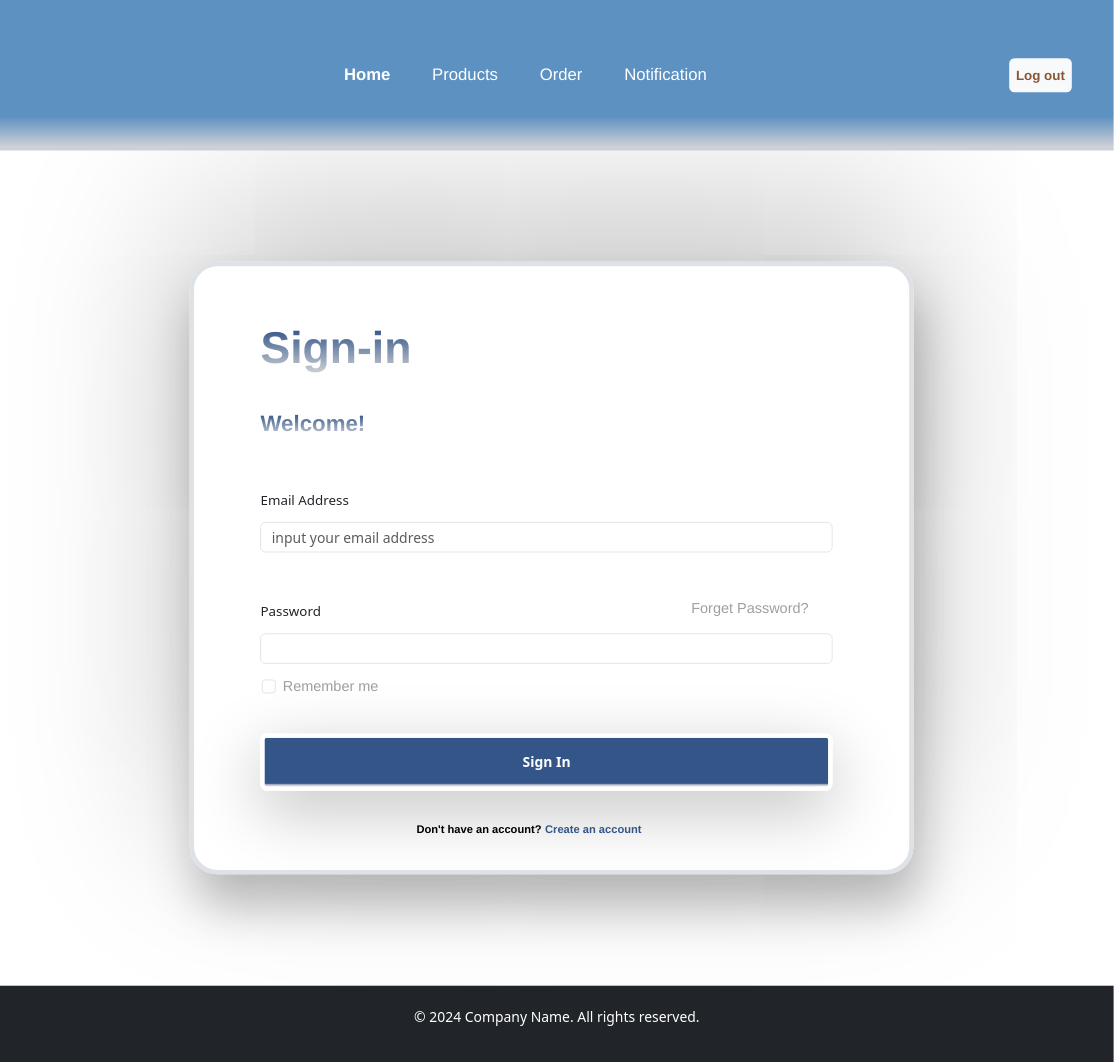
Repository: OVictor21/inventory
Page: /
These files come from the project's save history. The page is drawn as it stood at one moment and after the next save; the edit follows.
The browser window is 1280 px wide. The pictures show the whole page, at 87% of full size.
The project was rebuilt for these pictures with package versions that can differ from the ones it lists, and the page was loaded fresh each time.

Above is the page before, as saved 2024-12-14 09:57:31.

### src/index.css

nav {
  background-color: transparent;
  background: linear-gradient(180deg, rgb(93, 145, 194) 77.5%, rgb(206, 208, 214) 97.5%);

}

.navbar-brand img {
  max-width: 10vw;
  min-width: 5vw;
}

.nav-link.nav-text-current {
  font-family: "Montserrat", Helvetica;
  font-weight: 700;
  color: #ffffff;
  font-size: 1.5vw;
}

.nav-link.nav-text {
  font-family: "Montserrat", Helvetica;
  font-weight: 400;
  color: #ffffff;
  font-size: 1.5vw;
}

.nav-link.nav-text-2 {
  font-family: "Montserrat", Helvetica;
  font-weight: 600;
  color: rgb(136, 86, 51);
  font-size: 1.2vw;
}

.background {
  background-color: #000021;
}

/* .background-image {
  background-image: url('/public/back.png');
  background-size: cover;
  background-repeat: no-repeat;
  background-position: center;
  min-height: 100vh;
  color: white;
} */

.sign-in{
  width: 65vw;
  height: 55vw;
  box-shadow: 7px 37px 55px #00000040, 0px -54px 200px #00000040;
  left: 17vw;
  top: 10vw;
  overflow: hidden;
}


.text{
  top: 5vw;
  left: 6vw;
  background: linear-gradient(180deg, rgb(51, 85, 136) 13.5%, rgb(206, 208, 214) 100%);
  -webkit-background-clip: text !important;
  background-clip: text;
  -webkit-text-fill-color: transparent;
  text-fill-color: transparent;
  font-family: "Montserrat-Bold", Helvetica;
  font-weight: 700;
  color: transparent;
  font-size: 4vw;
  letter-spacing: 0;
  line-height: normal;
}



.text-wrapper-8 {
  background: linear-gradient(180deg, rgb(51, 85, 136) 13.5%, rgb(206, 208, 214) 100%);
  -webkit-background-clip: text !important;
  background-clip: text;
  -webkit-text-fill-color: transparent;
  text-fill-color: transparent;
  font-family: "Montserrat-Bold", Helvetica;
  font-weight: 600;
  color: transparent;
  font-size: 2vw;
  letter-spacing: 0;
  line-height: normal;
  top: 13vw;
  left: 6vw;
}

.email-text{
  font-size: 1.2vw;
}

.email{
  top: 20vw;
  left: 6vw;
}

.email-in{
  top: 23vw;
  left: 6vw;
  width: 80%;
  max-width: 80%;
  height: 5%;
}

.pass{
  top: 30vw;
  left: 6vw;
}

.pass-in{
  top: 33vw;
  left: 6vw;
  width: 80%;
  max-width: 80%;
  height: 5%;

}

.text-wrapper-7{
  font-family: "Montserrat-Regular", Helvetica;
  font-weight: 400;
  color: #00000061;
  font-size: 1.3vw;
  letter-spacing: 0;
  line-height: normal;
  top: 30vw;
  text-decoration: none;
  right: 9vw;
}

.form-check-label{
  font-family: "Montserrat-Regular", Helvetica;
  font-weight: 400;
  color: #00000061;
  font-size: 1.3vw;
  letter-spacing: 0;
  line-height: normal;
  top: 37vw;
  left: 8vw;
}

.form-check-input{
  top: 36.8vw;
  left: 8vw;

}

.sign-btn{
  background: linear-gradient(180deg, rgb(51, 85, 136) 93.5%, rgb(206, 208, 214) 97%);
  font-family: "Montserrat-Bold", Helvetica;
  font-weight: 700;
  font-size: 4vw;
  letter-spacing: 0;
  line-height: normal;
  width: 80%;
  top: 42vw;
  left: 6vw;
  box-shadow: 0px 22px 75px #00000040;
}

.acct{
  font-family: "Montserrat-Regular", Helvetica;
  font-weight: 700;
  color: #000000;
  font-size: 1vw;
  letter-spacing: 0;
  line-height: normal;
  top: 50vw;
  left: 20vw;
}

.acct-1{
  font-family: "Montserrat-Bold", Helvetica;
  font-weight: 700;
  color: rgb(51, 85, 136);
  font-size: 1vw;
  text-decoration: none;
  letter-spacing: 0;
  line-height: normal;
  top: 50vw;
  right: 24vw;
}



.pass-text{
font-size: 1.2vw;
}

.footer-body{
  background-color: rgb(51, 85, 136);

  top: 20vw;


}

.copyright-text {
  top: 50vw;
  right: 24vw;
  font-family: "Montserrat", Helvetica;
  font-weight: 400;
  color: rgb(136, 86, 51);
  font-size: 2vw;
}

### src/App.js
import Navbar from './navbar';
import 'bootstrap/dist/css/bootstrap.min.css';
import Body from './body';


function App() {
  return (
    <div className="App">
      <Navbar />
      <Body />
    </div>
  );
}

export default App;

### src/navbar.js

const Navbar = () => {
    return (
        <nav className="navbar navbar-expand-md justify-content-center p-5 z-1">
        <button className="navbar-toggler ms-auto" type="button" data-bs-toggle="collapse" data-bs-target="#collapseNavbar">
            <span className="navbar-toggler-icon"></span>
        </button>

        <div className="navbar-collapse collapse" id="collapseNavbar">
            <ul className="navbar-nav justify-content-center w-100 ">
            <li className="nav-item m-3">
                <a className="nav-link nav-text-current" href="/home">Home</a>
            </li>
            <li className="nav-item m-3">
                <a className="nav-link nav-text" href="/products">Products</a>
            </li>
            <li className="nav-item m-3">
                <a className="nav-link nav-text" href="/order">Order</a>
            </li>
            <li className="nav-item m-3">
                <a className="nav-link nav-text" href="/notifications">Notification</a>
            </li>
            </ul>

            <ul className="navbar-nav ms-auto justify-content-end">
            <li className="nav-item bg-light rounded">
                <button className="nav-link nav-text-2 text-nowrap btn btn-link">Log out</button>

            </li>
            </ul>
        </div>
        </nav>



      );
}

export default Navbar;

### src/body.js
import React from 'react';

const Body = () => {
  return (
    <div className="login">

         <form >
        <div class="sign-in position-relative border border-5 rounded-5">
        <div class="mb-3">
            <p class="text position-absolute">Sign-in</p>
            <div class="text-wrapper-8 position-absolute">Welcome!</div>

          <label for="exampleInputEmail1" class="form-label email position-absolute"><span class="email-text"> Email Address</span></label>
          <input type="email" class="form-control email-in position-absolute" id="exampleInputEmail1" aria-describedby="emailHelp" placeholder="input your email address"/>
        </div>
        <div class="mb-3">
          <label for="exampleInputPassword1" class="form-label pass position-absolute"><span class="pass-text">Password</span> </label>
          <input type="password" class="form-control pass-in position-absolute" id="exampleInputPassword1"/>
          <a href="/forgotpassword" class="text-wrapper-7 position-absolute">Forget Password?</a>
        </div>

        <div class="mb-3 form-check">
            <input type="checkbox" class="form-check-input position-absolute" id="exampleCheck1"/>
            <label class="form-check-label position-absolute" for="exampleCheck1">Remember me</label>
          </div>
        <button type="submit" class="btn sign-btn position-absolute border-white border-5 rounded-3 p-3 text-white fw-bold">Sign In</button>
        <p  class="acct position-absolute">Don't have an account?</p> <a href="/createacct" class="acct-1 position-absolute">Create an account</a>


        </div>


    </form>

    <footer className="footer-body bg-dark text-white py-4 position-relative">
      <div className="container">
          <div className="text-center">
            <p>&copy; 2024 Company Name. All rights reserved.</p>
        </div>
      </div>
    </footer>

    </div>
  );
};

export default Body;

Loaded but not shown: public/index.html (common file); src/index.js (common file); src/reportWebVitals.js (common file)

After the next save:
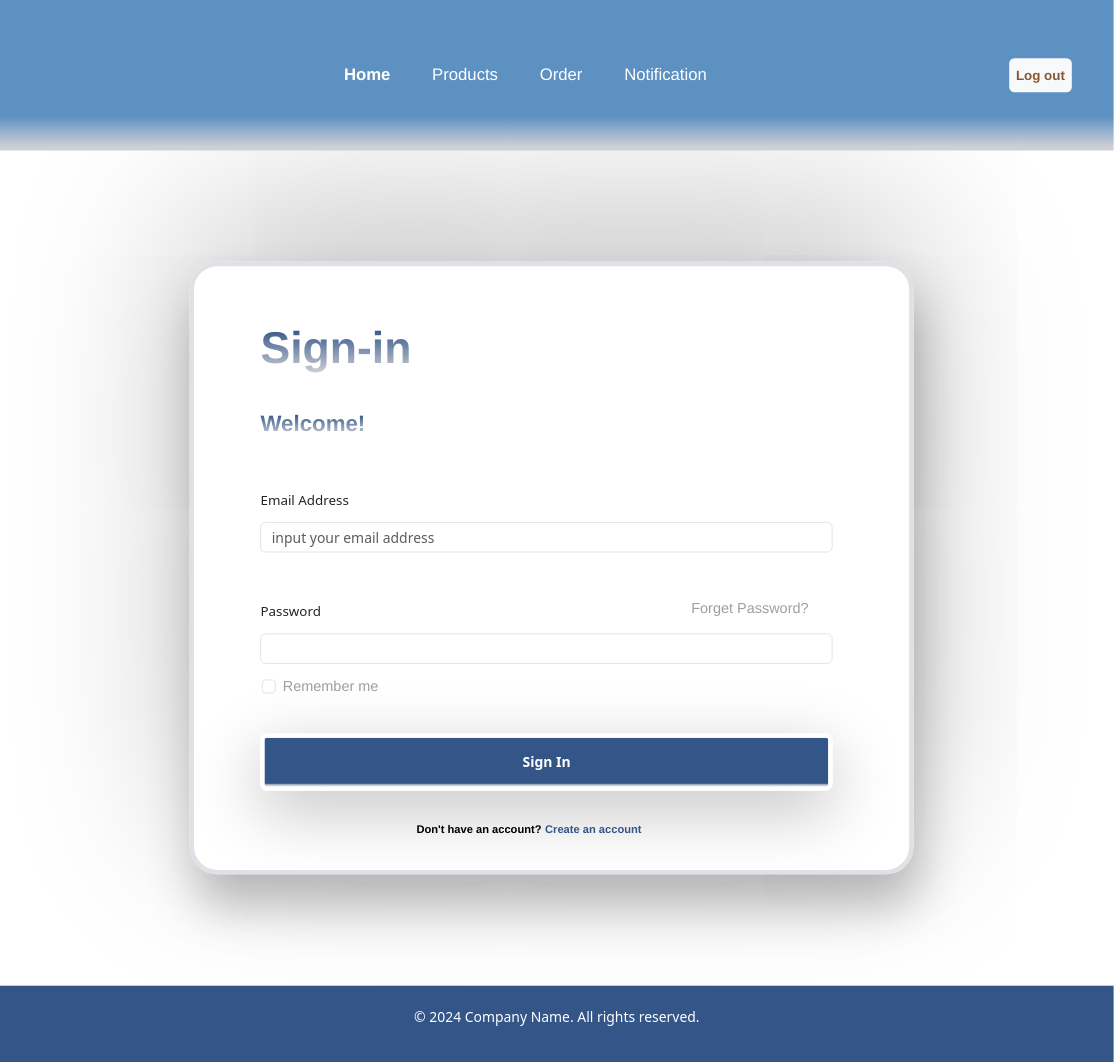
Saved 15 s later.
--- a/src/body.js
+++ b/src/body.js
@@ -32,7 +32,7 @@ const Body = () => {
 
     </form>
 
-    <footer className="footer-body bg-dark text-white py-4 position-relative">
+    <footer className="footer-body text-white py-4 position-relative">
       <div className="container">
           <div className="text-center">
             <p>&copy; 2024 Company Name. All rights reserved.</p>
